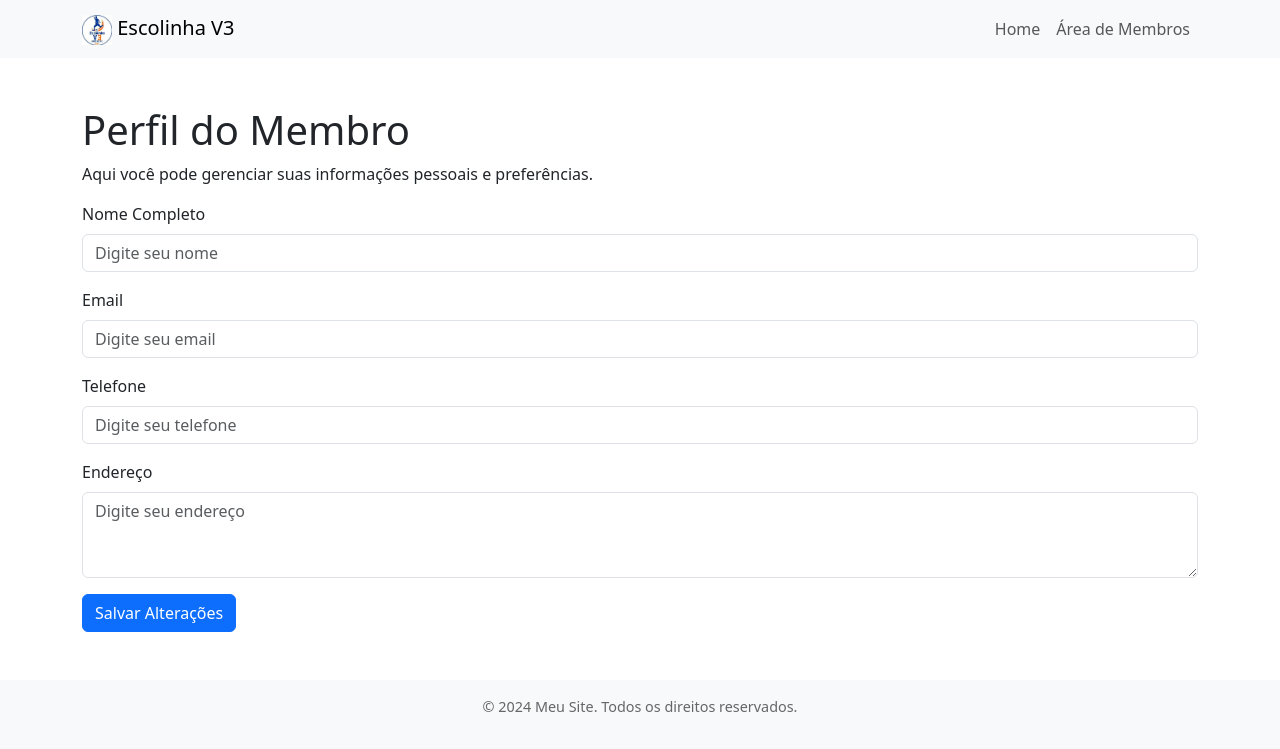
Repository: br-on/projeto-escolinhav3
Page: http://localhost/perfil
These files come from the project's save history. The page is drawn as it stood at one moment and after the next save; the edit follows.
The browser window is 1280 px wide. The pictures show the whole page.
The page is served by the project's application, run on Flask 3 (main.py).

Above is the page before, as saved 2024-11-15 11:14:48.

### templates/perfil.html
<!DOCTYPE html>
<html lang="pt-br">
<head>
    <meta charset="UTF-8">
    <meta name="viewport" content="width=device-width, initial-scale=1.0">
    <title>Perfil do Membro - Meu Site</title>
    <link href="https://cdn.jsdelivr.net/npm/bootstrap@5.3.0/dist/css/bootstrap.min.css" rel="stylesheet">
    <!-- Link para o CSS personalizado com url_for -->
    <link rel="stylesheet" href="{{ url_for('static', filename='css/style.css') }}">
</head>
<body>

    <!-- Navbar -->
    <nav class="navbar navbar-expand-lg navbar-light bg-light">
        <div class="container">
            <a class="navbar-brand" href="{{ url_for('views.index') }}">
                <img src="{{ url_for('static', filename='img/logo.jpg') }}" alt="Logo" width="30" height="30">
                Escolinha V3
            </a>
            <button class="navbar-toggler" type="button" data-bs-toggle="collapse" data-bs-target="#navbarNav">
                <span class="navbar-toggler-icon"></span>
            </button>
            <div class="collapse navbar-collapse" id="navbarNav">
                <ul class="navbar-nav ms-auto">
                    <li class="nav-item"><a class="nav-link" href="{{ url_for('views.index') }}">Home</a></li>
                    <li class="nav-item"><a class="nav-link" href="{{ url_for('views.membros') }}">Área de Membros</a></li>
                </ul>
            </div>
        </div>
    </nav>

    <!-- Conteúdo do Perfil -->
    <main class="container my-5">
        <h1>Perfil do Membro</h1>
        <p>Aqui você pode gerenciar suas informações pessoais e preferências.</p>

        <form>
            <div class="mb-3">
                <label for="nome" class="form-label">Nome Completo</label>
                <input type="text" class="form-control" id="nome" placeholder="Digite seu nome" required>
            </div>
            <div class="mb-3">
                <label for="email" class="form-label">Email</label>
                <input type="email" class="form-control" id="email" placeholder="Digite seu email" required>
            </div>
            <div class="mb-3">
                <label for="telefone" class="form-label">Telefone</label>
                <input type="text" class="form-control" id="telefone" placeholder="Digite seu telefone">
            </div>
            <div class="mb-3">
                <label for="endereco" class="form-label">Endereço</label>
                <textarea class="form-control" id="endereco" rows="3" placeholder="Digite seu endereço"></textarea>
            </div>
            <button type="submit" class="btn btn-primary">Salvar Alterações</button>
        </form>
    </main>

    <!-- Footer -->
    <footer class="bg-light text-center py-3">
        <p>&copy; 2024 Meu Site. Todos os direitos reservados.</p>
    </footer>

    <script src="https://cdn.jsdelivr.net/npm/bootstrap@5.3.0/dist/js/bootstrap.bundle.min.js"></script>
</body>
</html>

### views.py
# views.py
from flask import Blueprint, render_template

# Cria um Blueprint para as views
views = Blueprint('views', __name__)

@views.route('/')
def index():
    return render_template('index.html')

@views.route('/membros')
def membros():
    return render_template('membros.html')

@views.route('/pagamentos')
def pagamentos():
    return render_template('pagamentos.html')

@views.route('/eventos')
def eventos():
    return render_template('eventos.html')

@views.route('/perfil')
def perfil():
    return render_template('perfil.html')

### main.py
# app.py
from flask import Flask
from views import views  # Importa o Blueprint

app = Flask(__name__)

# Registra o Blueprint das views
app.register_blueprint(views)

if __name__ == '__main__':
    app.run(debug=True)

### static/css/style.css
/* Estilos marca */
.color-primary {
    color: #d8561f !important;
}

.bg-primary {
    background-color: #18133c !important; /* Cor de fundo substituída */
}

.text-white {
    color: #d8561f !important; /* Cor de texto substituída */
}

/* */
header {
    background-color: #18133c;
    color: white;
}

footer {
    font-size: 0.9em;
    color: #666;
}



.topo-img{
    display: flex;
    width: 100%;
    justify-content: center;
    padding: 5px;
}

header img {
    width: 100%;
}

@media (min-width: 769px) {

    header img {
        width: 70%;
    }
}

After the next save:
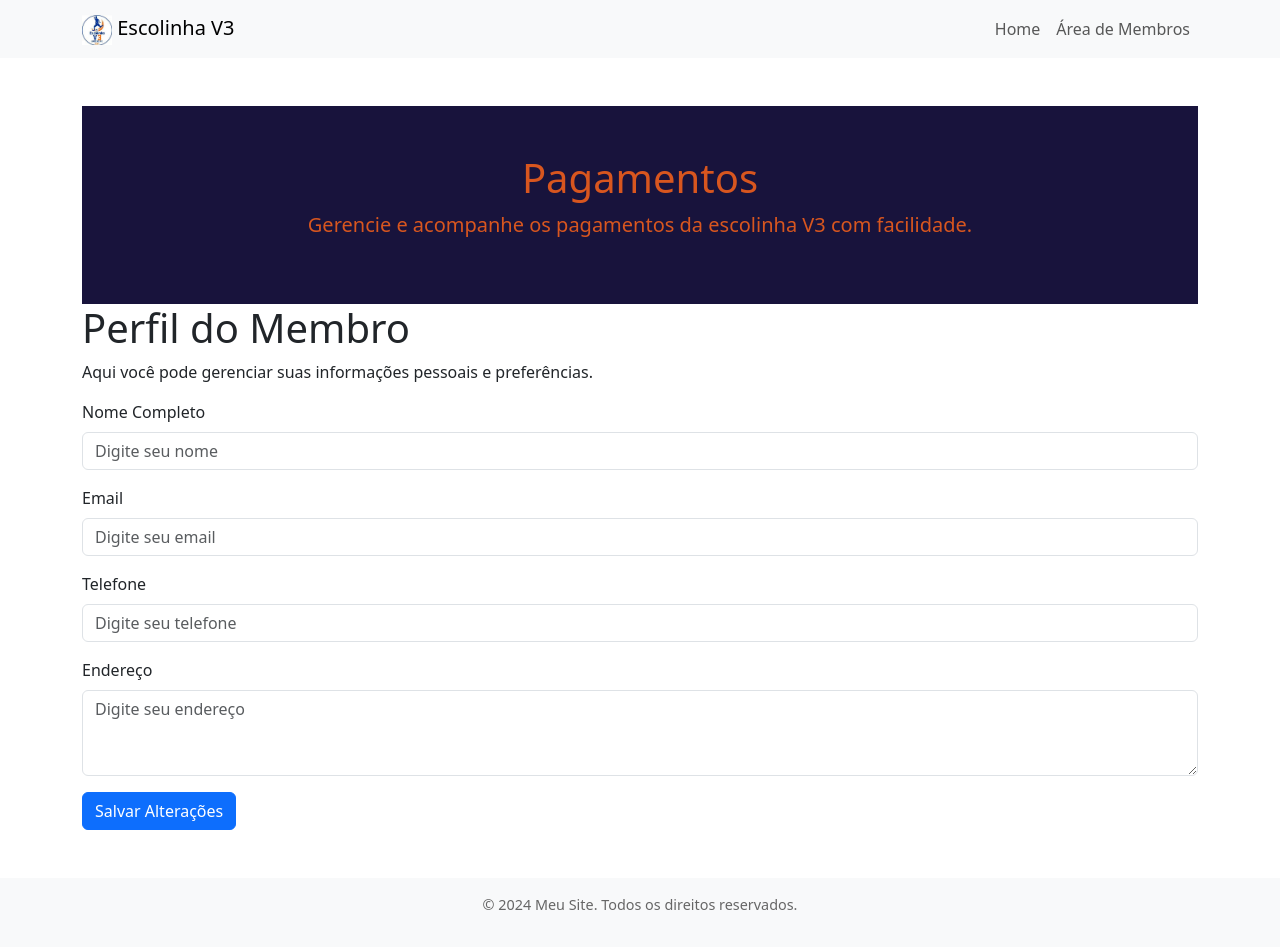
Saved 84 s later.
--- a/templates/perfil.html
+++ b/templates/perfil.html
@@ -31,6 +31,12 @@
 
     <!-- Conteúdo do Perfil -->
     <main class="container my-5">
+        <header class="bg-primary text-white text-center py-5">
+            <div class="container">
+                <h1>Pagamentos</h1>
+                <p class="lead">Gerencie e acompanhe os pagamentos da escolinha V3 com facilidade.</p>
+            </div>
+        </header>
         <h1>Perfil do Membro</h1>
         <p>Aqui você pode gerenciar suas informações pessoais e preferências.</p>
 
